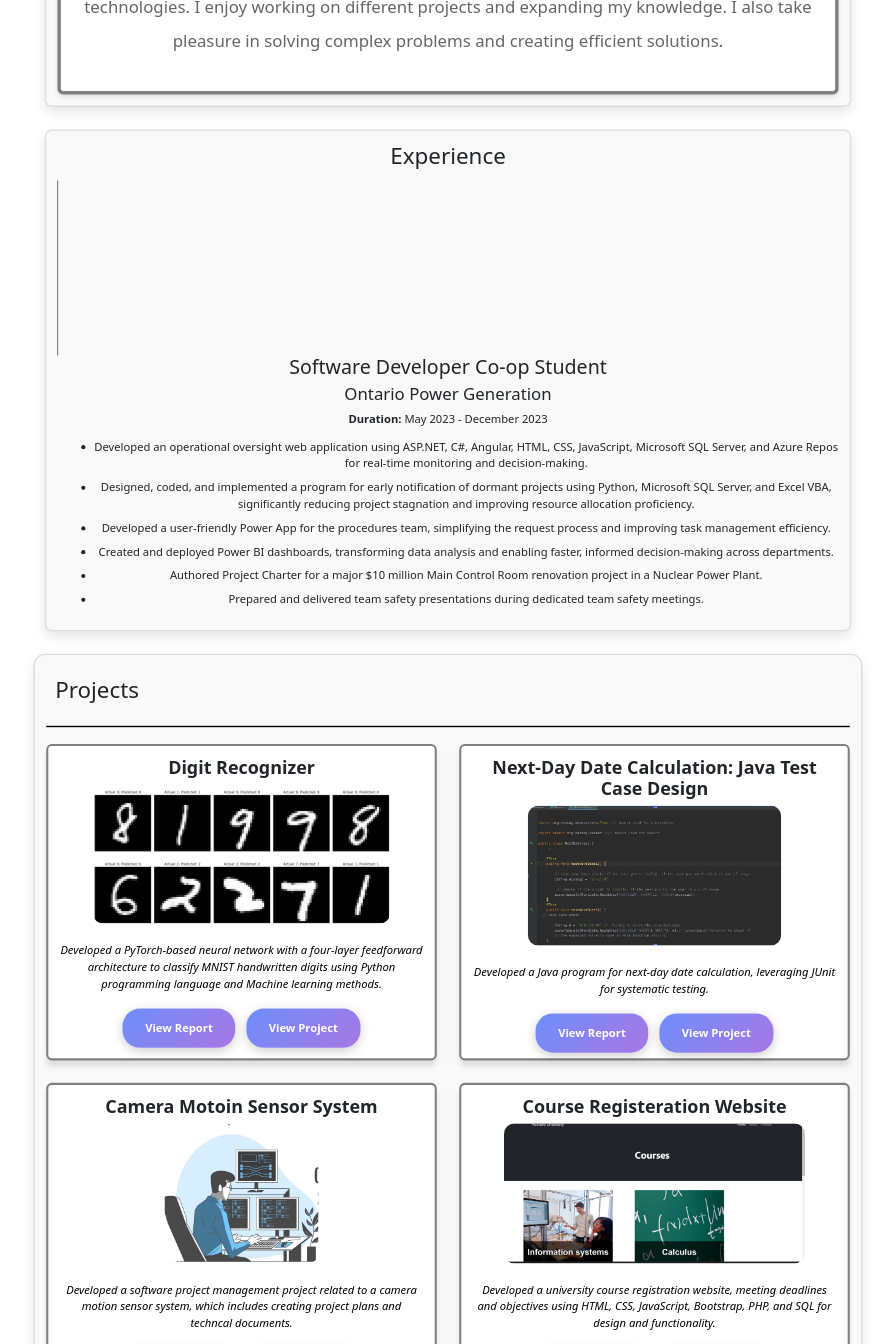
Repository: AkshatKapo/My-Portfolio
Page: /
An editor plug-in stored every save of this project. The page is shown before and after the next save, followed by the edit.
The browser window is 1280 px wide. The pictures show the part of the page from y = 787 to 2707 px (the page is 3002 px tall before and 2944 px after), at 70% of full size.
The project was rebuilt for these pictures with package versions that can differ from the ones it lists, and the page was loaded fresh each time. Also part of the build but not shown: vite.config.js.

Above is the page before, as saved 2024-06-14 16:02:23.

### index.html
<!DOCTYPE html>
<html lang="en">
  <head>
    <meta charset="UTF-8" />
    <link rel="stylesheet" href="https://cdnjs.cloudflare.com/ajax/libs/font-awesome/6.0.0-beta3/css/all.min.css">
    <link rel="stylesheet" href="https://maxcdn.bootstrapcdn.com/bootstrap/4.5.2/css/bootstrap.min.css">

    <meta name="viewport" content="width=device-width, initial-scale=1.0" />
    <title>Vite + React</title>
  </head>
  <body>
    <div id="root"></div>
    <script type="module" src="/src/main.jsx"></script>
  </body>
</html>

### src/main.jsx
import React from 'react'
import ReactDOM from 'react-dom/client'
import App from './App'
import './index.css'
import 'bootstrap/dist/css/bootstrap.min.css';


ReactDOM.createRoot(document.getElementById('root')).render(
  <React.StrictMode>
    <App />
  </React.StrictMode>,
)

### src/App.jsx
import { useEffect } from 'react';
import './App.css';
import Header from './components/Header';
import Home from './components/Home';
import About from './components/About';
import Experience from './components/Experience'; // Corrected import path
import Projects from './components/projects';
import Contact from './components/Contact';
// import Skill from './components/skill'
function App() {
  useEffect(() => {
    function reveal() {
      let reveals = document.querySelectorAll(".reveal");// stores all the elements with class reveal into an array

      for (var i = 0; i < reveals.length; i++) { // iterates through reveals array, takes the each element with class reveals
        let windowHeight = window.innerHeight; // gets the height of the view port
        let elementTop = reveals[i].getBoundingClientRect().top;// gets the postion of the element relative to the view port
        let sectionHeight = reveals[i].offsetHeight;// calculates the hieght of the element
        let elementVisible = windowHeight - elementTop > 0 ? windowHeight - elementTop : 0;// calculates the porton  of the element visible(Dstance between the top of the view port  and bottom of visible part of  the element)
        let visibilityRatio = elementVisible / sectionHeight; // Fraction of the element visible

        if (visibilityRatio > 0.5) {  // if the visibility ratio is greater than half then it will make it visible
          reveals[i].classList.add("active");// add class actve to the element to make it visible
        } else { // if its less than 0.5 than it wll not display it or remove the class
          reveals[i].classList.remove("active");
        }
      }
    }

    window.addEventListener("scroll", reveal);// Add scroll as event listenere because wewe want to dsplay elements as user scrolls down

    // Call reveal initially to check the visibility of elements when the component mounts
    reveal();

    // Cleanup function to remove event listener when component unmounts
    return () => {
      window.removeEventListener("scroll", reveal);
    };
  }, []);


  return (
    <div>
      <Header />
      <Home />
      <About />
      <Experience />
      <Projects />
      <Contact />

    </div>
  );
}

export default App;

/*
Mount: useEffect runs, reveal function defined and called, scroll event listener added.
Scroll: Each scroll triggers the reveal function to recalculate and update element visibility.
Unmount: Cleanup function removes the scroll event listener.
*/

### src/index.css
body {
    font-family: 'Segoe UI', Tahoma, Geneva, Verdana, sans-serif;
    background-color:#ccddff;
    color:black;
    margin: 0;
    padding: 0;
  }


  #root {
    display: flex;
    flex-direction: column;
    min-height: 100vh;
  }

### src/App.css
#root {
  max-width: 1280px;
  margin: 0 auto;
  padding: 2rem;
  text-align: center;
}
.reveal {
  opacity: 0;
  transform: translateY(100px);
  transition: opacity 0.6s ease-out, transform 0.6s ease-out;
}

.reveal.active {
  opacity: 1;
  transform: translateY(0);
}

### src/components/Header.jsx
import React from 'react'
import './Header.css'

const Header = () => {
  return (
    <header>
      <h1 className='title'>AK</h1>
      <nav>
        <ul>
          <li><a href="#home">Home</a></li>
          <li><a href="#about">About</a></li>
          <li><a href="#skills">Skills</a></li>
          <li><a href="#projects">Projects</a></li>
          <li><a href="/Akshat_Kapoor_Resume.pdf">Resume</a></li>
        </ul>
      </nav>
    </header>
  )
}

export default Header

### src/components/Home.jsx
import React from "react";
import "./Home.css";

const Home = () => {
  return (
    <div className="reveal">
      <section id="home">
        <div className="home-content">
          <div className="text-content">
            <h3>Hello, I'm</h3>
            <h1>Akshat Kapoor</h1>
            <h4>A fourth year Software Engineering student</h4>
            <div className="social-icons">
              <a href="https://github.com/yourusername" target="_blank" rel="noopener noreferrer">
                <i className="fab fa-github"></i>
              </a>
              <a href="https://www.linkedin.com/in/yourusername" target="_blank" rel="noopener noreferrer">
                <i className="fab fa-linkedin"></i>
              </a>
              <a href="mailto:youremail@gmail.com" target="_blank" rel="noopener noreferrer">
                <i className="fas fa-envelope"></i>
              </a>
            </div>
          </div>
          <div className="separator"></div>  {/* Added separator */}
          <div className="image-content">
            <img
              src="/mnt/data/image.png"
              alt="Akshat Kapoor"
              className="profile-image"
            />
          </div>
        </div>
      </section>
    </div>
  );
};

export default Home;

### src/components/About.jsx
import React from 'react';
import './About.css';

function About() {
  return (
    <section id="about">
      <div id='about-content'>
       <h2>About Me</h2>
       <div className='seperator'>


       </div>
       <p>I am a dedicated and passionate fourth-year Software Engineering student at Ontario Tech University. Over the years, I've developed my skills in various programming languages and technologies. I enjoy working on different projects and expanding my knowledge. I also take pleasure in solving complex problems and creating efficient solutions. </p>
      </div>
    </section>
  );
}

export default About;

### src/components/Experience.jsx
import React from 'react'
import './Experience.css'

const Experience = () => {
  return (
    <div className="reveal">
      <section id="experience">
        <div className="experience-content">
          <h2>Experience</h2>
          <div className="separator"></div>
          <div>
            <h3>Software Developer Co-op Student</h3>
            <h4>Ontario Power Generation</h4>
            <p>
              <strong>Duration:</strong> May 2023 - December 2023
            </p>
            <ul>
              <li>Developed an operational oversight web application using ASP.NET, C#, Angular, HTML, CSS, JavaScript, Microsoft SQL Server, and Azure Repos for real-time monitoring and decision-making.</li>
              <li>Designed, coded, and implemented a program for early notification of dormant projects using Python, Microsoft SQL Server, and Excel VBA, significantly reducing project stagnation and improving resource allocation proficiency.</li>
              <li>Developed a user-friendly Power App for the procedures team, simplifying the request process and improving task management efficiency.</li>
              <li>Created and deployed Power BI dashboards, transforming data analysis and enabling faster, informed decision-making across departments.</li>
              <li>Authored Project Charter for a major $10 million Main Control Room renovation project in a Nuclear Power Plant.</li>
              <li>Prepared and delivered team safety presentations during dedicated team safety meetings.</li>
            </ul>
          </div>
        </div>
      </section>
    </div>
  )
}

export default Experience

### src/components/projects.jsx
import React from "react";
import "./projects.css";

const projects = () => {
  return (
    <section id="projects">
      <div class="project-list">
        <h2>Projects</h2>
        <div className="seperator"></div>
        <div class="project-row">
          <div class="project">
            <h3>Digit Recognizer</h3>
            <img src="/assets/images/image.jpg"></img>
            <p>
              Developed a PyTorch-based neural network with a four-layer
              feedforward architecture to classify MNIST handwritten digits
              using Python programming language and Machine learning methods.
            </p>
            <a href="/Machine_Learning_Project.pdf" class="Projectbutton">
              View Report
            </a>
            <a href="link-to-project1" class="Projectbutton2">
              View Project
            </a>
          </div>
          <div class="project">
            <h3>Next-Day Date Calculation: Java Test Case Design </h3>
            <img src="/assets/images/date.jpg"></img>
            <p>
              Developed a Java program for next-day date calculation, leveraging
              JUnit for systematic testing.{" "}
            </p>
            <a href="/100781511_Akshat_Kapoor_TestDesignAssignment_NextDate.pdf" class="Projectbutton">
              View Report
            </a>
            <a href="link-to-project1" class="Projectbutton2">
              View Project
            </a>
          </div>
        </div>
        <div class="project-row">
          <div class="project">
            <h3>Camera Motoin Sensor System</h3>
            <img src="/assets/images/moton sensor.jpg"></img>
            <p>
              Developed a software project management project related to a
              camera motion sensor system, which includes creating project plans and techncal documents.
            </p>
            <a href="/SPM_Project.pdf" class="Projectbutton">
              View Report
            </a>
            <a href="link-to-project1" class="Projectbutton2">
              View Project
            </a>
          </div>
          <div class="project">
            <h3>Course Registeration Website</h3>
            <img src="/assets/images/coursespage.jpg"></img>
            <p>
              Developed a university course registration website,
              meeting deadlines and objectives using HTML, CSS, JavaScript,
              Bootstrap, PHP, and SQL for design and functionality.
            </p>
            <a href="/Data_Report.pdf" class="Projectbutton">
              View Report
            </a>
            <a href="link-to-project1" class="Projectbutton2">
              View Project
            </a>
          </div>
        </div>
      </div>
    </section>
  );
};

export default projects;

### src/components/Contact.jsx
import React from "react";
import "./Contact.css";

const Contact = () => {
  return (
    <footer id="footer">
      <div className="footer-content">
        <ul className="footer-icons">
          <li>
            <a
              href="https://github.com/yourusername"
              target="_blank"
              rel="noopener noreferrer"
            >
              <i className="fab fa-github"></i>
            </a>
          </li>
          <li>
            <a
              href="https://www.linkedin.com/in/yourusername"
              target="_blank"
              rel="noopener noreferrer"
            >
              <i className="fab fa-linkedin"></i>
            </a>
          </li>
          <li>
            <a
              href="mailto:youremail@gmail.com"
              target="_blank"
              rel="noopener noreferrer"
            >
              <i className="fas fa-envelope"></i>
            </a>
          </li>
        </ul>

      </div>
      <p className="footer-copy">© 2024 Akshat Kapoor</p>
    </footer>
  );
};

export default Contact;

### src/components/Header.css
header {
  background-color: #333;
  color: white;
  padding: 2%;
  display: flex;
  justify-content: space-between;
  align-items: center;

    /* text-align: center; */
  }
  .title {
    font-family: 'Helvetica', sans-serif;
    font-size: 50px;
    background:white;
    -webkit-background-clip: text;
    color: transparent;
  }


  nav ul {
    list-style-type: none;
    padding: 0;
    margin: 0;
    display: flex;
  }

  nav ul li {
    margin: 0 1rem;
  }

  nav ul li a {
    color: white;
    text-decoration: none;
    font-size: 150%;
  }

### src/components/Home.css
@import url('https://fonts.googleapis.com/css2?family=Roboto:wght@300;400;700&display=swap');

#home {
  padding: 1rem;
  display: flex;
  justify-content: center;
  align-items: center;
  background-color: #f9f9f9;
  border: 2px solid #ddd; /* Light border */
  border-radius: 10px; /* Rounded corners */
  margin: 2rem; /* Margin to ensure it doesn’t touch the edges of the container */

}

.home-content {
  display: flex;
  justify-content: space-between;
  width: 100%;
  max-width: 1200px; /* Adjust the max-width as needed */
  background: #fff; /* Background for the content */
  padding: 2rem; /* Padding around the content */
  box-shadow: 0 4px 8px rgba(0, 0, 0, 0.1); /* Shadow for styling */
  border-radius: 8px; /* Rounded corners */
}

.text-content {
  flex: 1;
  padding-right: 1rem;
  font-family: 'Roboto', sans-serif;

}

.text-content h2 {
  font-size: 2.5rem; /* Adjust the font size as needed */
  font-weight: 900;
  color: #333;
  margin-bottom: 1rem;

}

.text-content p {
  font-size: 1rem; /* Adjust the font size as needed */
  line-height: 1.6; /* Adjust the line height as needed */
  color: #666;
  font-weight: 300;
}

.separator {
  width: 1px;
  background-color: #333;
  height: 250px; /* Adjust the height as needed */
}

.image-content {
  flex: 1;
  display: flex;
  justify-content: center;
}

.profile-image {
  width: 250px;
  height: 250px;
  border-radius: 50%;
  object-fit: cover;
 }

 .social-icons {
  display: flex;
  gap: 30px; /* Adjust the spacing between icons */
  justify-content: center;
}

.social-icons a {
  color: #000; /* Change the color if needed */
  text-decoration: none;
}

.social-icons .icon {
  width: 40px; /* Adjust the size of the icons */
  height: 40px; /* Adjust the size of the icons */
}

.social-icons i {
  font-size: 40px; /* Adjust the size of the font-awesome icons */
}

/* Add hover effect if desired */
.social-icons a:hover {
  opacity: 0.7; /* Example hover effect */
}

### src/components/About.css
#about {
  padding: 1rem;
  display: flex;
  background-color: #f9f9f9;
  border: 2px solid #ddd; /* Light border */
  border-radius: 10px; /* Rounded corners */
  box-shadow: 0 8px 16px rgba(0, 0, 0, 0.1); /* Shadow for depth */
  margin: 2rem; /* Margin to ensure it doesn’t touch the edges of the container */



}
#about-content {
  display: table-column;
  justify-content: space-between;
  width: 100%;
  max-width: 1200px; /* Adjust the max-width as needed */
  background: #fff; /* Background for the content */
  padding: 2rem; /* Padding around the content */
  box-shadow: 0 4px 8px rgba(0, 0, 0, 0.1); /* Shadow for styling */
  border-radius: 8px; /* Rounded corners */
}


#about h2 {
  font-size: 2rem;
  text-align: left; /* This will align the heading to the left */
  margin-bottom: 1rem; /* Adding some space between the heading and the paragraph */
  margin-top: 0.2rem;
  margin-left: 0.3rem;


}
.seperator {
  border-top: 2px solid black;
  width: 100%; /* Adjust as needed */
  margin: 20px 3; /* Adjust as needed */
}

#about p {
  font-size: 1.5rem; /* Adjust the font size as needed */
  line-height: 2; /* Adjust the line height as needed */
  color: #666;
  font-weight: 300;
  }
#about {
  padding: 1rem;
  display: flex;
  background-color: #f9f9f9;
  border: 2px solid #ddd; /* Light border */
  border-radius: 10px; /* Rounded corners */
  box-shadow: 0 8px 16px rgba(0, 0, 0, 0.1); /* Shadow for depth */
  margin: 2rem; /* Margin to ensure it doesn’t touch the edges of the container */



}
#about-content {
  display: table-column;
  justify-content: space-between;
  width: 100%;
  max-width: 1200px; /* Adjust the max-width as needed */
  background: #fff; /* Background for the content */
  padding: 2rem; /* Padding around the content */
  box-shadow: 0 4px 8px rgba(0, 0, 0, 0.1); /* Shadow for styling */
  border-radius: 8px; /* Rounded corners */
  border: 5px solid grey

}


#about h2 {
  font-size: 2rem;
  text-align: left; /* This will align the heading to the left */
  margin-bottom: 1rem; /* Adding some space between the heading and the paragraph */
  margin-top: 0.2rem;
  margin-left: 0.3rem;


}
.seperator {
  border-top: 2px solid black;
  width: 100%; /* Adjust as needed */
  margin: 20px 3; /* Adjust as needed */
}

#about p {
  font-size: 1.5rem; /* Adjust the font size as needed */
  line-height: 2; /* Adjust the line height as needed */
  color: #666;
  font-weight: 300;
  }

### src/components/Experience.css
#experience {
  padding: 1rem;
  display: flex;
  background-color: #f9f9f9;
  border: 2px solid #ddd; /* Light border */
  border-radius: 10px; /* Rounded corners */
  box-shadow: 0 8px 16px rgba(0, 0, 0, 0.1); /* Shadow for depth */
  margin: 2rem; /* Margin to ensure it doesn’t touch the edges of the container */
  }

  #experience h2 {
    font-size: 2rem;
    margin-bottom: 1rem;
  }



  .experience-item {
    margin-bottom: 2rem;
    text-align: left;
    width: 80%;
    max-width: 600px;
  }

  .experience-item h3 {
    font-size: 1.5rem;
  }

  .experience-item h4 {
    font-size: 1.2rem;
    color: #555;
  }

  .experience-item p {
    font-size: 1rem;
    margin: 0.5rem 0;
  }
  .experience-content ul {
    list-style-type: disc; /* Use "circle" or "square" for different bullet styles */
    margin-left: 20px; /* Adjust left margin as needed */
  }

  .experience-content li {
    margin-bottom: 10px; /* Space between bullet points */
  }

### src/components/projects.css
#projects {
  padding: 1rem;
  background-color: #f9f9f9;
  border: 2px solid #ddd; /* Light border */
  border-radius: 16px; /* Rounded corners */
  box-shadow: 0 8px 16px rgba(0, 0, 0, 0.1); /* Shadow for depth */
  margin: 1rem; /* Margin to ensure it doesn’t touch the edges of the container */
}

.project-list {
  display: flex;
  flex-direction: column;
  gap: 1rem; /* Space between rows */
  align-items: stretch;

}

.project-list h2 {
  font-size: 2rem;
  text-align: left; /* Align heading to the left */
  margin: 0.9rem 0 1rem 0.8rem; /* Consistent spacing around heading */
}

.project-row {
  display: flex;
  justify-content: space-between; /* Allow wrapping for responsive design */
  width: 100%; /* Space between projects */
  gap: 2rem;
  align-items: stretch;
}

.project {
  flex: 5 ; /* Flex basis to allow two projects per row with a gap */
  text-align: center;
  padding: 1rem; /* Consistent padding */
  padding-bottom: 0;
  background-color: #fff;
  border: 3px solid grey;
  box-shadow: 0 9px 8px rgba(0, 0, 0, 0.1); /* Shadow for styling */
  border-radius: 8px; /* Rounded corners */
  margin: 0.5rem 0; /* Margin for spacing between rows */
}

.project img {
  justify-content: center;
  max-width: 100%;
  max-height: 200px;
  border-radius: 15px;
  margin-bottom: 25px;
  border-color:50px solid aquamarine;
}

.project h3 {
  font-size: 1.6rem;
  font-weight: bolder;
  margin-bottom: 0.5rem; /* Space between title and paragraph */
  margin-top: 0;
}

.project p {
  font-size: 1rem;
  font-style: italic;
  color: black;
}

.Projectbutton, .Projectbutton2 {
  display: inline-block;
  padding: 1rem 2rem; /* Adjusted padding for better appearance */
  font-size: 1rem; /* Set font size */
  font-weight: bold; /* Make font bold */
  text-align: center; /* Center the text */
  background: linear-gradient(135deg, #6e8efb, #a777e3); /* Add gradient background */
  color: white; /* Change text color to white */
  text-decoration: none; /* Remove underline */
  border: none; /* Remove border */
  border-radius: 25px; /* More rounded corners */
  box-shadow: 0 4px 15px rgba(0, 0, 0, 0.2); /* Add shadow */
  transition: background 0.3s, transform 0.3s; /* Smooth transitions */
  cursor: pointer; /* Change cursor to pointer */
  margin: 0.5rem; /* Add a small margin for better spacing */
}

.Projectbutton:hover, .Projectbutton2:hover {
  background: linear-gradient(135deg, #a777e3, #6e8efb); /* Reverse gradient on hover */
  transform: translateY(-2px); /* Slight lift on hover */
  box-shadow: 0 6px 20px rgba(0, 0, 0, 0.3); /* Increase shadow on hover */
}
.seperator {
  border-top: 2px solid black;
  width: 100%; /* Adjust as needed */
  margin: 20px 3; /* Adjust as needed */
}

/* Responsive Design */
@media (max-width: 768px) {
  .project-row {
    flex-direction: column; /* Stack projects vertically on smaller screens */
  }

  .Projectbutton2 {
    margin-left: 0; /* Reset margin on smaller screens */
  }
}

### src/components/Contact.css
#footer {
  background-color: #333;
  padding: 1rem 0;
  text-align: center;
  color: white;
}

.footer-content {
  display: flex;
  justify-content: center;
  align-items: center;
  margin-bottom: 1rem;
}

.footer-icons {
  list-style: none;
  padding: 0;
  margin: 0;
  text-align: center;
}

.footer-icons li {
  display: inline-block;
  margin: 0 20px; /* Increased margin for more gap between icons */
}

.footer-icons li a {
  color: grey; /* Change color as needed */
  font-size: 40px; /* Adjust size as needed */
  text-decoration: none;
}

.footer-icons li a:hover {
  color: #007bff; /* Change color on hover as needed */
}
.footer-copy {
  margin-top: 1rem;
  font-size: 16px;
  color: #aaa;
}

After the next save:
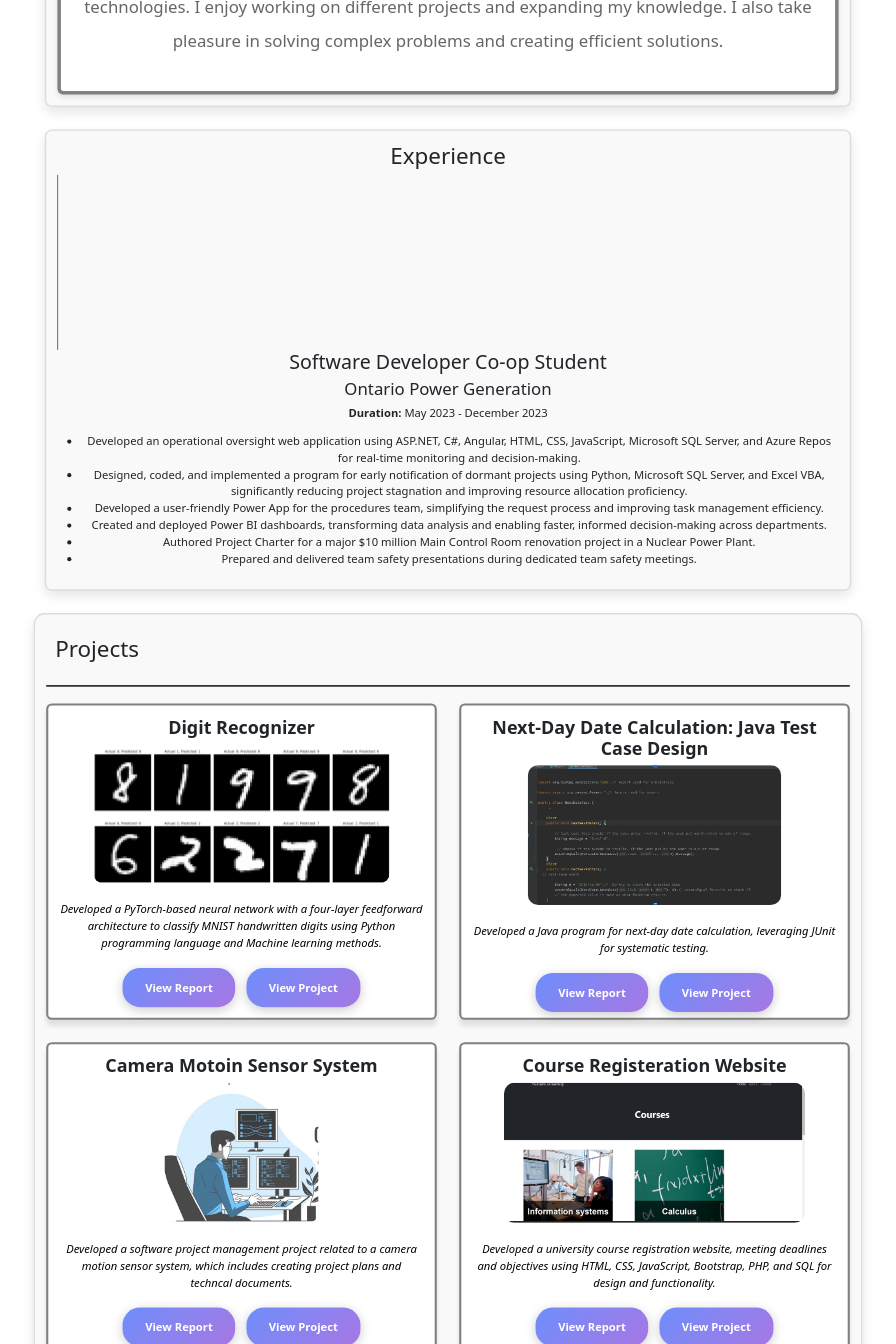
Saved 22 s later.
--- a/src/components/Experience.css
+++ b/src/components/Experience.css
@@ -7,39 +7,3 @@
   box-shadow: 0 8px 16px rgba(0, 0, 0, 0.1); /* Shadow for depth */
   margin: 2rem; /* Margin to ensure it doesn’t touch the edges of the container */
   }
-
-  #experience h2 {
-    font-size: 2rem;
-    margin-bottom: 1rem;
-  }
-
-
-
-  .experience-item {
-    margin-bottom: 2rem;
-    text-align: left;
-    width: 80%;
-    max-width: 600px;
-  }
-
-  .experience-item h3 {
-    font-size: 1.5rem;
-  }
-
-  .experience-item h4 {
-    font-size: 1.2rem;
-    color: #555;
-  }
-
-  .experience-item p {
-    font-size: 1rem;
-    margin: 0.5rem 0;
-  }
-  .experience-content ul {
-    list-style-type: disc; /* Use "circle" or "square" for different bullet styles */
-    margin-left: 20px; /* Adjust left margin as needed */
-  }
-
-  .experience-content li {
-    margin-bottom: 10px; /* Space between bullet points */
-  }
